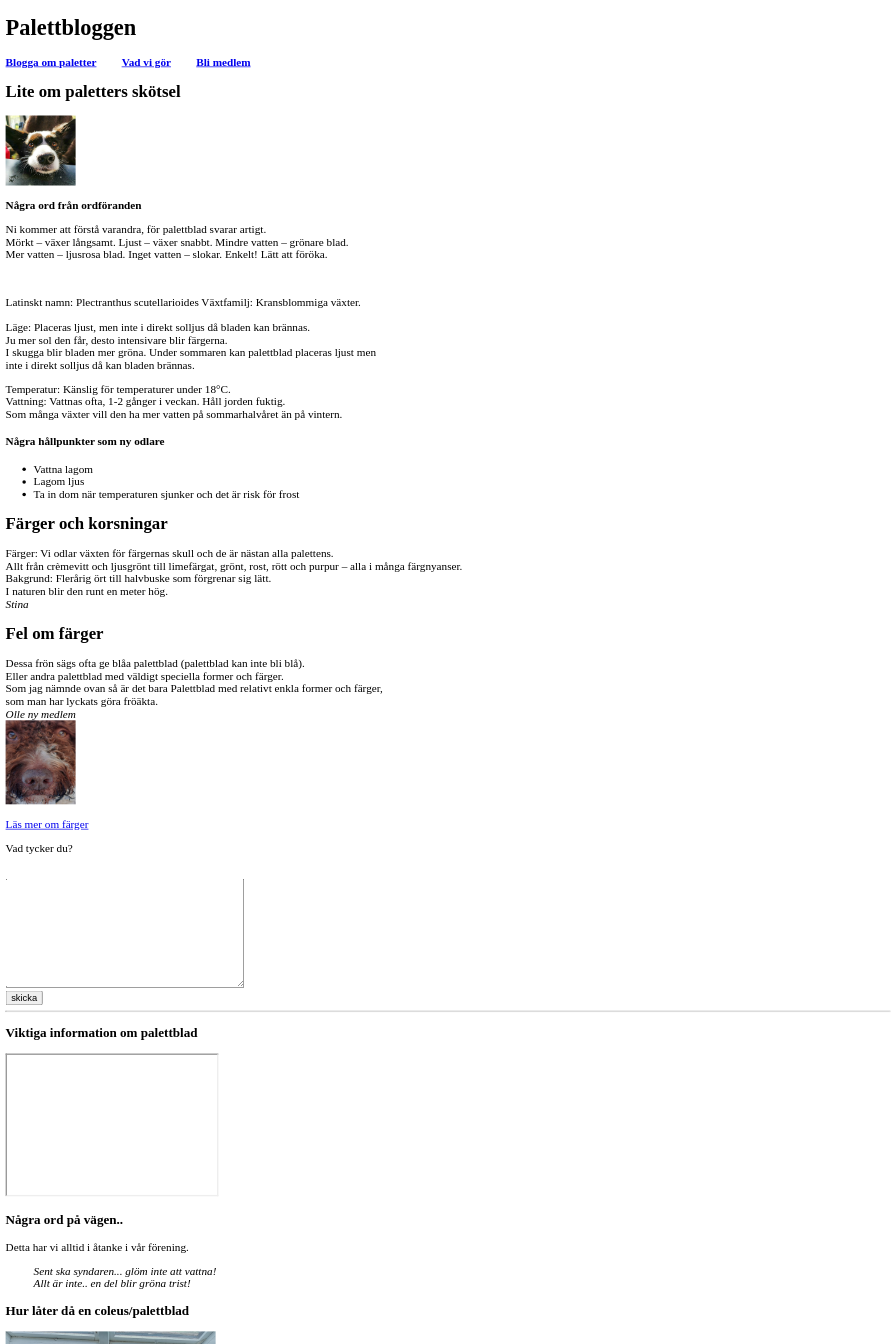
Repository: Webutveckling-20-21/Uppgift-1
Page: blogg.html
These files come from the project's save history. The page is drawn as it stood at one moment and after the next save; the edit follows.
The browser window is 1280 px wide. The pictures show the part of the page from y = 0 to 1920 px (the page is 2954 px tall before and 2834 px after), at 70% of full size.
Pictures or frames that could not be fetched are drawn as grey boxes.

Above is the page before, as saved 2021-09-07 12:23:02.

### blogg.html
<!DOCTYPE html>
<html lang="sv">

<head>
    <meta charset="UTF-8">
    <meta name="viewport" content="width=device-width, initial-scale=1.0">
    <title>Föreningens blogg</title>
</head>

<body>
    <header>
        <h1>Palettbloggen</h1>
        <!-- Här läggs alla länkar in-->
        <a href="blogg.html"><b> Blogga om paletter</b></a>&nbsp;&nbsp;&nbsp;&nbsp;&nbsp;&nbsp;&nbsp;&nbsp;
        <a href="verksamheten.html"><b> Vad vi gör</b></a>&nbsp;&nbsp;&nbsp;&nbsp;&nbsp;&nbsp;&nbsp;&nbsp;
        <a href="medlemskap.html"><b>Bli medlem</b></a>

    </header>
    <main>
        <section>
            <article>
                <!-- första blogginlägget -->
                <h2>Lite om paletters skötsel</h2>

                <p>

                    <img src="images/ord.jpg" width="100" height="100" alt="Ordförande"> <br>
                <p><b> Några ord från ordföranden </b></p>

                <p> Ni kommer att förstå varandra, för palettblad svarar artigt. <br> Mörkt – växer långsamt. Ljust
                    –
                    växer
                    snabbt. Mindre vatten – grönare blad. <br> Mer vatten – ljusrosa blad. Inget vatten – slokar.
                    Enkelt!
                    Lätt att föröka. </p> <br>

                <p> Latinskt namn: Plectranthus scutellarioides
                    Växtfamilj: Kransblommiga växter. <br> <br>



                    Läge: Placeras ljust, men inte i direkt solljus då bladen kan brännas. <br>
                    Ju mer sol den får, desto
                    intensivare blir färgerna. <br> I skugga blir bladen mer gröna.
                    Under sommaren kan palettblad placeras ljust men <br> inte i direkt solljus då kan bladen
                    brännas.
                    <br>
                </p>

                Temperatur: Känslig för temperaturer under 18°C. <br>

                Vattning: Vattnas ofta, 1-2 gånger i veckan. Håll jorden fuktig. <br> Som många växter vill den ha
                mer
                vatten på sommarhalvåret än på vintern. <br>

                <h4>Några hållpunkter som ny odlare</h4>
                <ul>
                    <li>Vattna lagom</li>
                    <li>Lagom ljus</li>
                    <li>Ta in dom när temperaturen sjunker och det är risk för frost</li>
                </ul>
                </p>
            </article>

            <article>
                <!-- Andra inlägget  -->
                <h2>Färger och korsningar</h2>
                <p> Färger: Vi odlar växten för färgernas skull och de är nästan alla palettens. <br> Allt från
                    crèmevitt
                    och ljusgrönt till limefärgat, grönt, rost, rött och purpur – alla i många färgnyanser. <br>
                    Bakgrund:
                    Flerårig ört till halvbuske som förgrenar sig lätt. <br> I naturen blir den runt en meter hög. <br>
                    <i> Stina</i>
                </p>


            </article>

            <article>
                <!-- Tredje inlägget -->
                <h2>Fel om färger</h2>
                <p> Dessa frön sägs ofta ge blåa palettblad (palettblad kan inte bli blå). <br> Eller andra palettblad
                    med
                    väldigt speciella former och färger. <br> Som jag nämnde ovan så är det bara Palettblad med relativt
                    enkla former och färger, <br> som man har lyckats göra fröäkta. <br>
                    <i>Olle ny medlem</i>
                    <br>
                    <img src="images/olle.jpg" width="100" height="120" alt="olle">
                </p>

                <a href="https://coleus.blogg.se/">Läs mer om färger</a>
            </article>
            <label for="bloggpost">
                <p>Vad tycker du?</p>
            </label><br>
            <textarea name="" id="bloggpost" cols="40" rows="10"></textarea><br>
            <input type="submit" value="skicka">
        </section>
    </main>
    <hr>
    <aside>
        <section>
            <article>
                <h3>Viktiga information om palettblad</h3>

                <iframe src="https://youtu.be/BvaeieAXEZY" height="200" width="300" title="Iframe Example"></iframe>
            </article>
        </section>
        <article>
            <h3>Några ord på vägen..</h3>
            Detta har vi alltid i åtanke i vår förening.
            <!-- ett element för citat -->
            <blockquote>
                <i> Sent ska syndaren... glöm inte att vattna!</i>
                <br>
                <i> Allt är inte.. en del blir gröna trist!</i>
                <br>
            </blockquote>
            <h3>Hur låter då en coleus/palettblad</h3>
            <img src="images/pal.jpg" width="300" height="200" alt="en palett">
            <figure>
                <audio controls src="sounds/w.oga"></audio>
                <figcaption>Den bubblar av glädje när jag vattnar :).</figcaption>

                <p> Ett vackert samspel mellan människor och växter. <br>
                    <bold> Detta och mycket annat penetrerar vi på våra möten..</bold>
                </p>
            </figure>


            <figure>
                <blockquote>
                    <p>Det var en vacker aprildag ocg jag tittade på mina paletter och upptäckte till min
                        bestörtning-ohyra.</p>
                </blockquote>
                <figcaption> <cite><a href="https://coleus.blogg.se/2019/july/ohyra-trips-spinn-och-mjoldagg.html">
                            Fasan- ohyra - trips, spinn och mjöldagg</a></cite> </figcaption>
            </figure>

        </article>
        <hr>
        <section>
            <article>
                <h3>Var växer då palettblad?</h3>
                <p>
                    <b> <i> Här har vi en växplats som vi lyckats lokalisera
                            Koarp 266 Halland nära skånegränsen. </i> </b> <br> <br>
                    <hr>

                    <iframe width="300" height="200" src="https://kartor.eniro.se/m/GUsQ0">
                    </iframe> <br>

                    <b> Här ser ni en odlare </b><br>
                    <img src="images/odl.jpg" width="100" height="100" alt="en odlare"> <br>

                </p>
                <hr>
            </article>
        </section>

    </aside> <br><br>
    <hr>
    <footer>
        <p> &copy; Palettföreningen</p>
        <nav>
            <p>
                <a href="blogg.html">Startsidan</a> -
                <a href="villkor.html">Användarvillkor</a> -
                <a href="kontakt.html">Kontakt</a>
            </p>
        </nav>


    </footer>
    <hr>
</body>


</html>

After the next save:
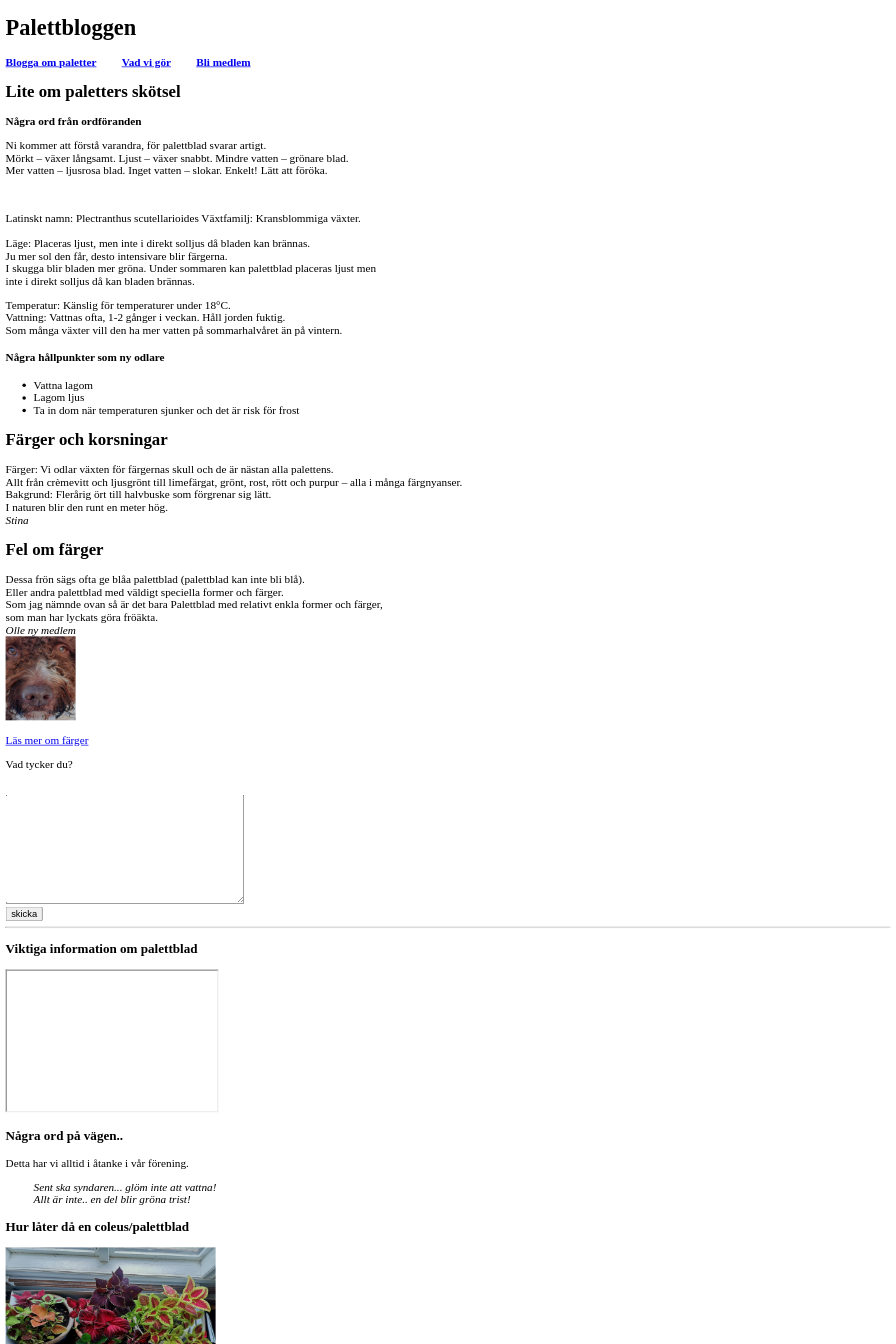
Saved 43 s later.
--- a/blogg.html
+++ b/blogg.html
@@ -24,7 +24,7 @@
 
                 <p>
 
-                    <img src="images/ord.jpg" width="100" height="100" alt="Ordförande"> <br>
+
                 <p><b> Några ord från ordföranden </b></p>
 
                 <p> Ni kommer att förstå varandra, för palettblad svarar artigt. <br> Mörkt – växer långsamt. Ljust
